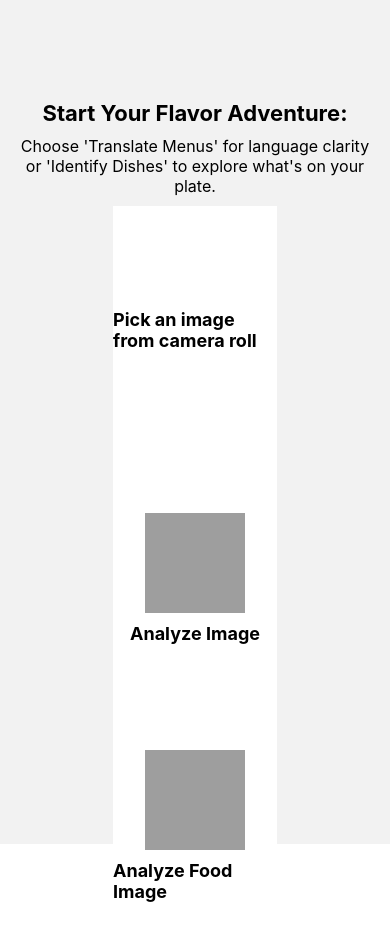
Repository: djdjdallas/taste-without-borders
Screen: /Home
An editor plug-in stored every save of this project. The screen is shown before and after the next save, followed by the edit.
Pictures or frames that could not be fetched are drawn as grey boxes. The app was drawn by React Native's web renderer in a window 390 px wide. The project was rebuilt for these pictures with package versions that can differ from the ones it lists, and the page was loaded fresh each time.

Above is the screen before, as saved 2023-12-26 20:22:56.

### App.js
import React from "react";
import { NavigationContainer } from "@react-navigation/native";
import { createNativeStackNavigator } from "@react-navigation/native-stack";
import HomeScreen from "./HomeScreen"; // Make sure the path is correct
import StartScreen from "./StartScreen";

const Stack = createNativeStackNavigator();

const App = () => {
  return (
    <NavigationContainer>
      <Stack.Navigator>
        <Stack.Screen name="Start" component={StartScreen} />
        <Stack.Screen name="Home" component={HomeScreen} />
        {/* You can add more screens to your navigator here */}
      </Stack.Navigator>
    </NavigationContainer>
  );
};

export default App;

### HomeScreen.js
import React, { useLayoutEffect, useState } from "react";
import {
  StyleSheet,
  View,
  Button,
  Image,
  Alert,
  Text,
  TouchableOpacity,
} from "react-native";
import * as ImagePicker from "expo-image-picker";
import { useNavigation } from "@react-navigation/native";
const iconForAnalyzeImage = {
  uri: "https://i.ibb.co/Y84cDxp/food1.png",
};
const iconForAnalyzeFoodImage = {
  uri: "https://i.ibb.co/VWjgcK5/food2.png",
};

const HomeScreen = () => {
  const navigation = useNavigation();
  const [selectedImage, setSelectedImage] = useState(null);
  const [responseText, setResponseText] = useState("");

  const pickImage = async () => {
    const { status } = await ImagePicker.requestMediaLibraryPermissionsAsync();
    if (status !== "granted") {
      Alert.alert(
        "Permissions required",
        "Sorry, we need camera roll permissions to make this work!"
      );
      return;
    }

    let result = await ImagePicker.launchImageLibraryAsync({
      mediaTypes: ImagePicker.MediaTypeOptions.Images,
      allowsEditing: true,
      aspect: [4, 3],
      quality: 1,
      base64: true,
    });

    if (!result.canceled && result.assets && result.assets[0].base64) {
      setSelectedImage(result.assets[0].base64);
    }
  };

  const handleResponse = (responseText) => {
    const dishes = responseText.split("\n");
    const formattedResponse = dishes.join("\n\n");
    setResponseText(formattedResponse);
  };

  const analyzeImage = async () => {
    if (selectedImage) {
      const apiKey = "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"; // Replace with your actual API key
      const endpoint = "https://api.openai.com/v1/chat/completions"; // Replace with your actual API endpoint

      const payload = {
        model: "gpt-4-vision-preview", // Replace with your model name
        messages: [
          {
            role: "user",
            content: [
              {
                type: "text",
                text: "Analyze this image and translate it into English?",
              },
              {
                type: "image_url",
                image_url: {
                  url: `data:[embedded picture, 41 characters]
                },
              },
            ],
          },
        ],
        max_tokens: 300,
      };

      try {
        const response = await fetch(endpoint, {
          method: "POST",
          headers: {
            "Content-Type": "application/json",
            Authorization: `Bearer ${apiKey}`,
          },
          body: JSON.stringify(payload),
        });

        if (!response.ok) {
          throw new Error(`HTTP error! status: ${response.status}`);
        }

        const data = await response.json();
        if (data.choices && data.choices[0]) {
          handleResponse(data.choices[0].message.content);
        } else {
          setResponseText("Unexpected response structure");
        }
      } catch (error) {
        setResponseText(`Error: ${error.message}`);
      }
    } else {
      setResponseText("No image selected");
    }
  };

  const analyzeFoodImage = async () => {
    if (selectedImage) {
      const apiKey = "YOUR_API_KEY"; // Replace with your actual API key
      const endpoint = "YOUR_API_ENDPOINT"; // Replace with your actual API endpoint

      const payload = {
        model: "YOUR_MODEL_NAME", // Replace with your model name
        messages: [
          {
            role: "user",
            content: [
              {
                type: "text",
                text: "Analyze this food image and describe it with humor.",
              },
              {
                type: "image_url",
                image_url: {
                  url: `data:[embedded picture, 41 characters]
                },
              },
            ],
          },
        ],
        max_tokens: 300,
      };

      try {
        const response = await fetch(endpoint, {
          method: "POST",
          headers: {
            "Content-Type": "application/json",
            Authorization: `Bearer ${apiKey}`,
          },
          body: JSON.stringify(payload),
        });

        if (!response.ok) {
          throw new Error(`HTTP error! status: ${response.status}`);
        }

        const data = await response.json();
        if (data.choices && data.choices[0]) {
          handleResponse(data.choices[0].message.content);
        } else {
          setResponseText("Unexpected response structure");
        }
      } catch (error) {
        setResponseText(`Error: ${error.message}`);
      }
    } else {
      setResponseText("No image selected");
    }
  };
  useLayoutEffect(() => {
    navigation.setOptions({
      headerShown: false,
    });
  }, []);

  return (
    <View style={styles.container}>
      <View style={styles.textContainer}>
        <Text style={styles.titleText}>Start Your Flavor Adventure:</Text>
        <Text style={styles.descriptionText}>
          Choose 'Translate Menus' for language clarity or 'Identify Dishes' to
          explore what's on your plate.
        </Text>
      </View>

      <TouchableOpacity style={styles.button} onPress={pickImage}>
        <Text style={styles.buttonText}>Pick an image from camera roll</Text>
      </TouchableOpacity>

      {selectedImage && (
        <Image
          source={{ uri: `data:[embedded picture, 40 characters] }}
          style={styles.image}
        />
      )}

      <View style={styles.buttonGroup}>
        <TouchableOpacity style={styles.button} onPress={analyzeImage}>
          <Image source={iconForAnalyzeImage} style={styles.icon} />
          <Text style={styles.buttonText}>Analyze Image</Text>
        </TouchableOpacity>

        <TouchableOpacity style={styles.button} onPress={analyzeFoodImage}>
          <Image source={iconForAnalyzeFoodImage} style={styles.icon} />
          <Text style={styles.buttonText}>Analyze Food Image</Text>
        </TouchableOpacity>
      </View>

      {responseText ? (
        <Text style={styles.responseText}>{responseText}</Text>
      ) : null}
    </View>
  );
};

const styles = StyleSheet.create({
  container: {
    flex: 1,
    justifyContent: "flex-start",
    alignItems: "center",
    padding: 20,
    backgroundColor: "#F2F2F2",
  },
  textContainer: {
    alignItems: "left",
    marginTop: 80,
  },
  titleText: {
    fontSize: 22,
    fontWeight: "bold",
    textAlign: "center",
  },
  descriptionText: {
    fontSize: 16,
    textAlign: "center",
    marginVertical: 10,
  },
  button: {
    width: 164,
    height: 248,
    justifyContent: "center",
    alignItems: "center",
    // Assuming you want to set the width to 80% of the screen width
    alignItems: "center",
    backgroundColor: "white",
  },
  pickButton: {
    width: 164,
    height: 50,
    justifyContent: "center",
    alignItems: "center",
    // Assuming you want to set the width to 80% of the screen width
    alignItems: "center",
    backgroundColor: "white",
  },
  buttonText: {
    fontSize: 18,
    color: "#000000",
    fontWeight: "bold",
  },
  icon: {
    width: 100, // Set the icon size you want
    height: 100, // Set the icon size you want
    marginBottom: 10, // Space between icon and text
  },
  image: {
    width: 200,
    height: 200,
    margin: 10,
  },
  responseText: {
    marginTop: 20,
    padding: 10,
    borderWidth: 1,
    borderColor: "#ddd",
    borderRadius: 5,
  },
});

export default HomeScreen;

### StartScreen.js
import {
  View,
  Text,
  Image,
  TouchableOpacity,
  ImageBackground,
  StyleSheet,
} from "react-native";
import React, { useLayoutEffect } from "react";
import { useNavigation } from "@react-navigation/native";

const image = { uri: "https://i.ibb.co/RQYb1f7/i-Phone-11-Pro-Max-1.png" };
const hero = { uri: "https://i.ibb.co/zQtzrR4/hero-2.png" };

const StartScreen = () => {
  const navigation = useNavigation();

  useLayoutEffect(() => {
    navigation.setOptions({
      headerShown: false,
    });
  }, []);
  return (
    <View style={styles.container}>
      <ImageBackground source={hero} resizeMode="cover" style={styles.image}>
        <TouchableOpacity
          style={styles.button}
          onPress={() => {
            navigation.navigate("Home");
            /* Handle the press event */
          }}
        >
          <Text style={styles.text}>Get Started</Text>
        </TouchableOpacity>
      </ImageBackground>
    </View>
  );
};

const styles = StyleSheet.create({
  container: {
    flex: 1,
  },
  image: {
    flex: 1,
    justifyContent: "flex-end", // Aligns children to the bottom
    alignItems: "center", // Centers children horizontally
  },
  text: {
    color: "#FA4A0C", // Given text color
    fontSize: 16, // Adjusted for typical button text
    fontWeight: "bold",
  },
  button: {
    width: 314, // Width as per your requirement
    height: 70, // Height as per your requirement
    justifyContent: "center", // Center the text vertically
    alignItems: "center", // Center the text horizontally
    backgroundColor: "white", // Button background color
    marginBottom: 80, // Distance from the bottom
    borderRadius: 50, // Distance from the bottom
  },
});

export default StartScreen;

After the next save:
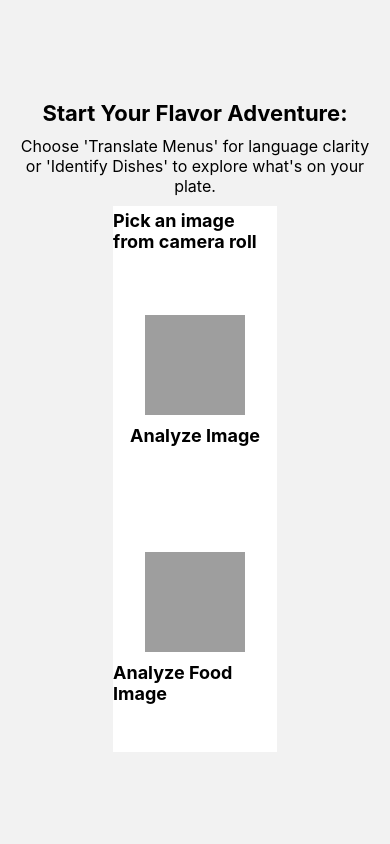
Saved 18 s later.
--- a/HomeScreen.js
+++ b/HomeScreen.js
@@ -176,7 +176,7 @@ const HomeScreen = () => {
         </Text>
       </View>
 
-      <TouchableOpacity style={styles.button} onPress={pickImage}>
+      <TouchableOpacity style={styles.pickButton} onPress={pickImage}>
         <Text style={styles.buttonText}>Pick an image from camera roll</Text>
       </TouchableOpacity>
 
